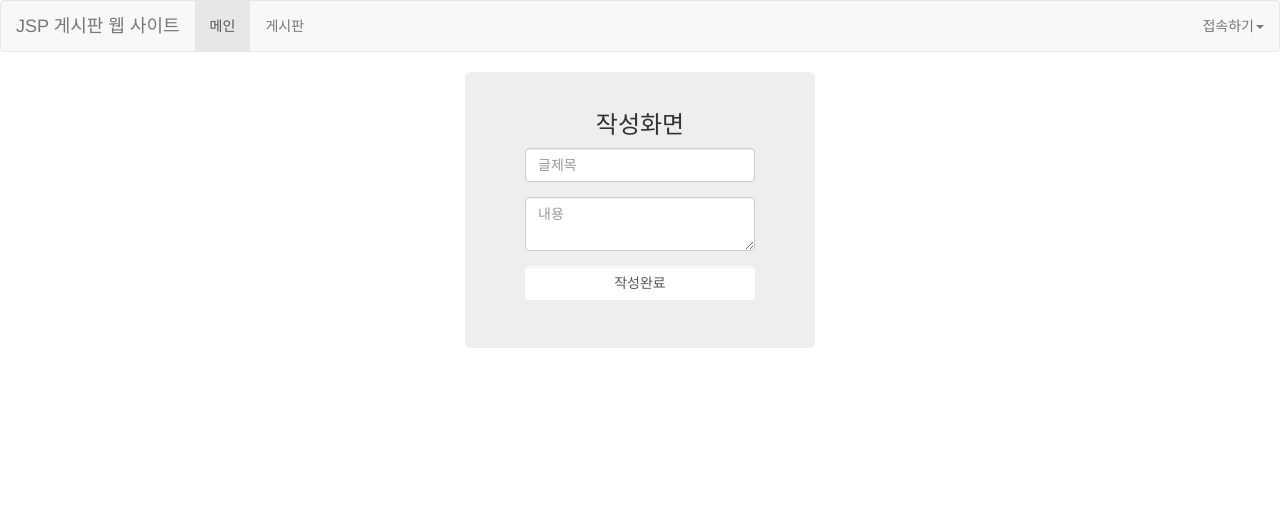
Repository: dirn0568/project
Page: http://localhost/myWeb/write.jsp
These files come from the project's save history. The page is drawn as it stood at one moment and after the next save; the edit follows.
The browser window is 1280 px wide. The pictures show the whole page.
Some web libraries are served in a nearby version. The page is served by Tomcat 9.

Above is the page before, as saved 2022-10-07 14:48:55.

After the next save:
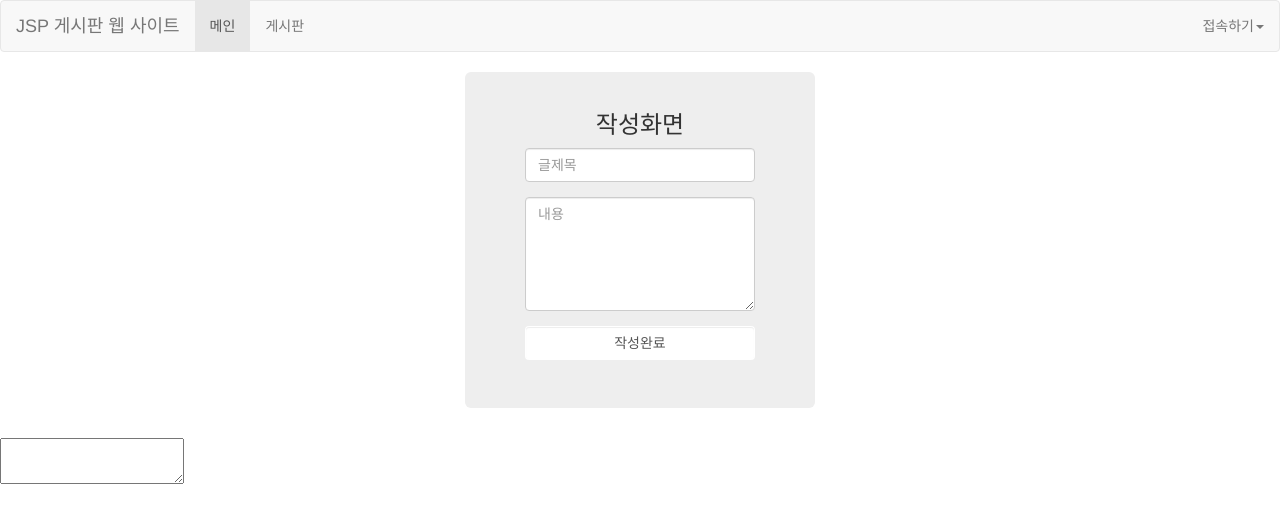
Saved 2 min 18 s later.
--- a/myWeb/src/main/webapp/write.jsp
+++ b/myWeb/src/main/webapp/write.jsp
@@ -70,7 +70,8 @@
 						<input type="text" class="form-control" placeholder="글제목" name="boardtitle" maxlength="20">
 					</div>
 					<div class="form-group">
-						<textarea class="form-control" placeholder="내용" name="boardcontent"></textarea>
+
+						<textarea rows="5" cols="10" class="form-control" placeholder="내용" name="boardcontent"></textarea>
 					</div>
 					<input type="submit" class="btn btn-trimary form-control" value="작성완료">
 				</form>
@@ -80,5 +81,6 @@
 	</div>
 	<script src="https://code.jquery.com/jquery-3.1.1.min.js"></script>
 	<script src="js/bootstrap.js"></script>
+	<textarea rows="" cols=""></textarea>
 </body>
 </html>
